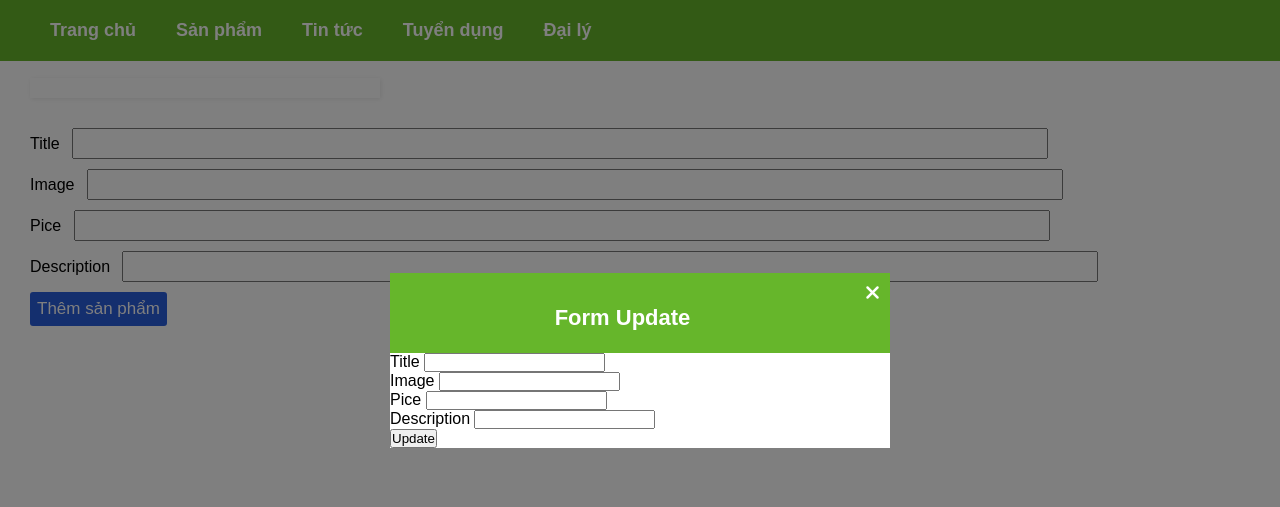
Repository: Ngoc28/CURD_HTML-CSS_JS_JSON
Page: index.html
An editor plug-in stored every save of this project. The page is shown before and after the next save, followed by the edit.
The browser window is 1280 px wide. The pictures show the whole page.
The page's requests for data from a server got no answer.

Above is the page before, as saved 2023-04-11 09:49:17.

After the next save:
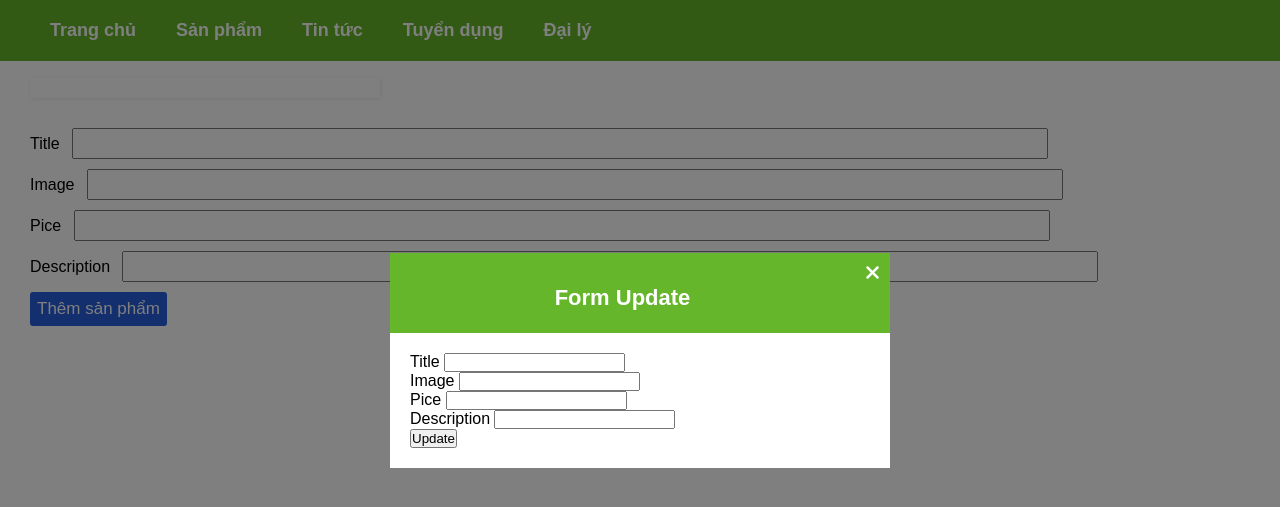
Saved 6 s later.
--- a/asset/css/style.css
+++ b/asset/css/style.css
@@ -213,5 +213,5 @@ body {
 }
 
 .modal-body {
-    padding: 20p;x;
-}
+    padding: 20px;
+}
